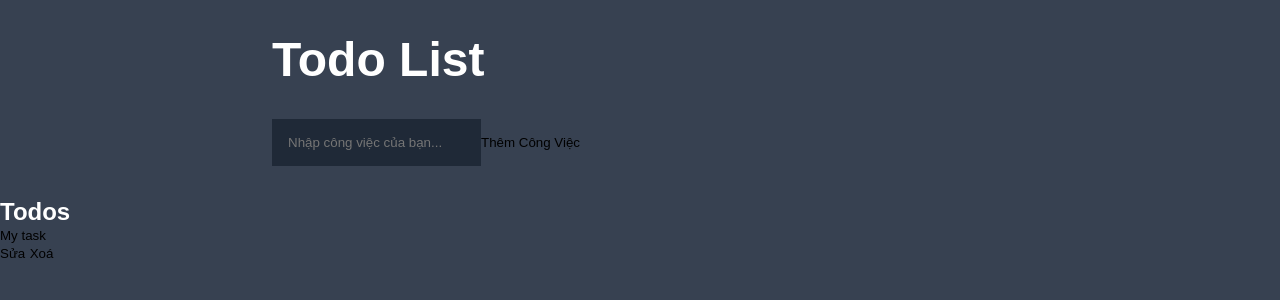
Repository: ntheanh/Todo-List
Page: index.html
An editor plug-in stored every save of this project. The page is shown before and after the next save, followed by the edit.
The browser window is 1280 px wide. The pictures show the whole page.
The style sheet was rebuilt from its Sass, Less or Tailwind sources for each picture, by a compiler version that may differ from the author's.

Above is the page before, as saved 2023-03-15 22:38:49.

### index.html
<!DOCTYPE html>
<html lang="en">
  <head>
    <meta charset="UTF-8" />
    <meta http-equiv="X-UA-Compatible" content="IE=edge" />
    <meta name="viewport" content="width=device-width, initial-scale=1.0" />
    <title>My Todo List</title>
    <link rel="stylesheet" href="style.css" />
  </head>
  <body>
    <header>
      <h1>Todo List</h1>
      <form action="" id="new-todo-form">
        <input
          id="new-todo-input"
          type="text"
          name="todo"
          placeholder="Nhập công việc của bạn... "
        />
        <input id="new-todo-submit" type="submit" value="Thêm Công Việc" />
      </form>
    </header>
    <main>
      <section class="task-list">
        <h2>Todos</h2>
        <div id="tasks">
          <div class="task">
            <div class="content">
              <input
                type="text"
                class="content_input"
                value="My task"
                readonly
              />
            </div>
            <div class="actons">
              <button class="edit">Sửa</button>
              <button class="delete">Xoá</button>
            </div>
          </div>
        </div>
      </section>
    </main>

    <script src="app.js"></script>
  </body>
</html>

### style.scss
:root {
  --dark: #374151;
  --darker: #1f2937;
  --darkest: #111827;
  --gray: #6b7280;
  --light: #eee;
  --pink: #ec4899;
  --purple: #8b5cf6;
}

* {
  margin: 0;
  padding: 0;
  box-sizing: border-box;
  font-family: "Poppins", sans-serif;
}

body {
  display: flex;
  flex-direction: column;
  min-height: 100vh;
  background: var(--dark);
  color: #fff;
}

header {
  padding: 2rem;
  width: 100%;
  max-width: 800px;
  margin: 0 auto;
  h1 {
    font-size: 3rem;
    font-weight: 600;
    margin-bottom: 2rem;
  }
}
#new-todo-form {
  display: flex;
}

input,
button {
  appearance: none;
  border: none;
  outline: none;
  background: none;
}

#new-todo-input {
  background: var(--darker);
  padding: 1rem;
}

Loaded but not shown: app.js (no stored copy; drawn as an empty file)

After the next save:
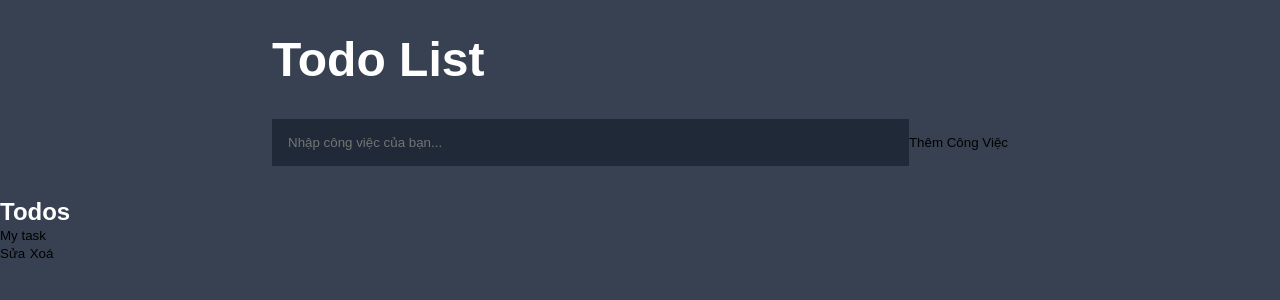
Saved 18 s later.
--- a/style.scss
+++ b/style.scss
@@ -47,6 +47,7 @@ button {
 }
 
 #new-todo-input {
+  flex: 1 1 10%;
   background: var(--darker);
   padding: 1rem;
 }
